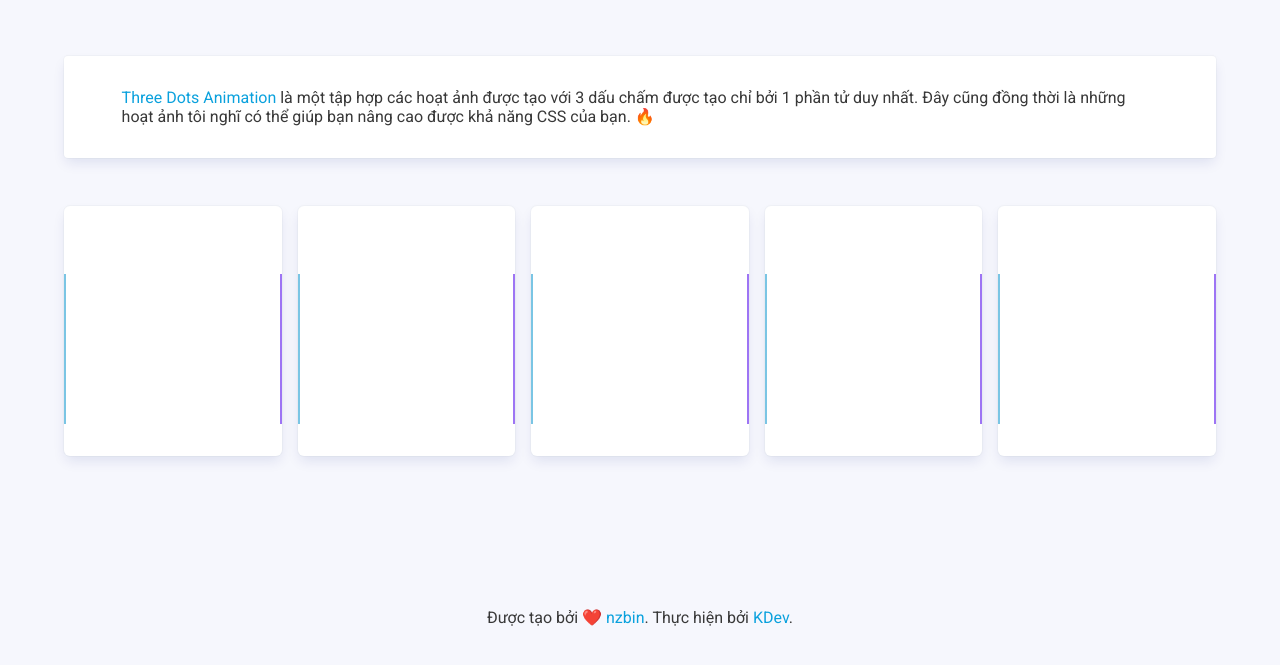
Repository: haokiet2501/lazy-loader-animation
Page: index.html
The author's editor kept a copy of each file at every save. The page is drawn from the files as they stood at one save, then again after the next save.
The browser window is 1280 px wide. The pictures show the whole page.
The style sheet was rebuilt from its Sass, Less or Tailwind sources for each picture, by a compiler version that may differ from the author's.

Above is the page before, as saved 2022-05-06 20:07:38.

After the next save:
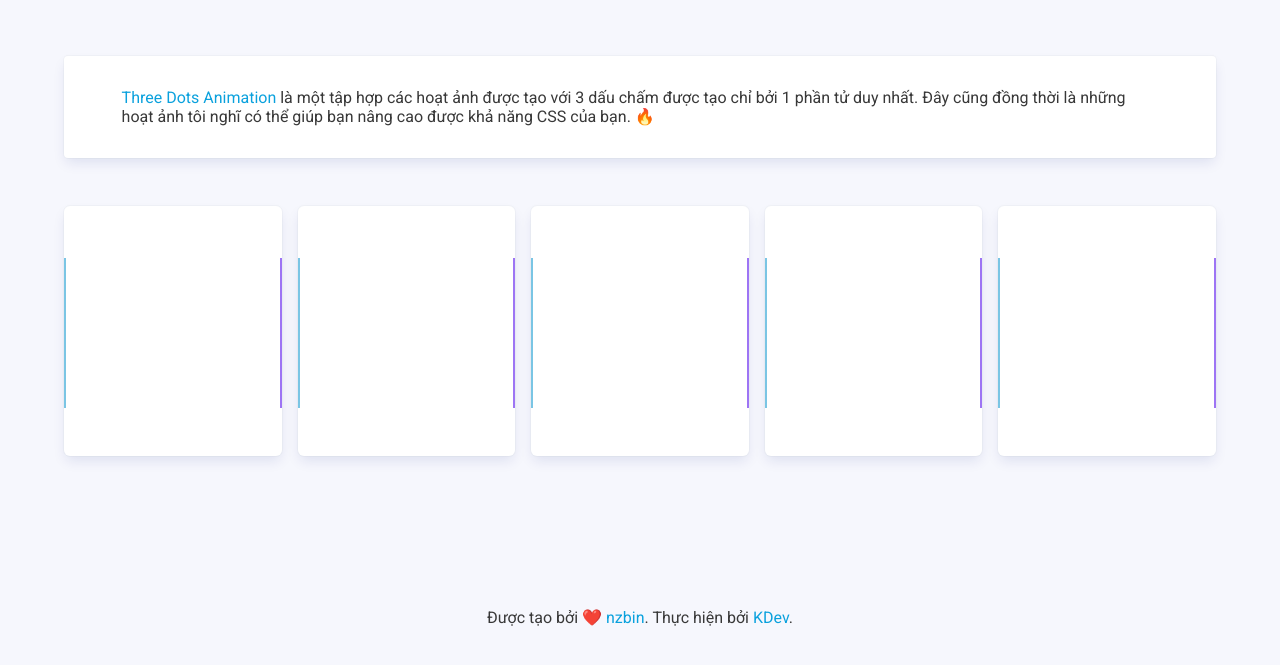
Saved 48 s later.
--- a/sass/styles.scss
+++ b/sass/styles.scss
@@ -30,7 +30,7 @@ $color-line: #50dfdb;
 .box::before {
     content: '';
     position: absolute;
-    top: -2rem;
+    top: -3rem;
     left: 32px;
     width: 150px;
     height: 140%;
